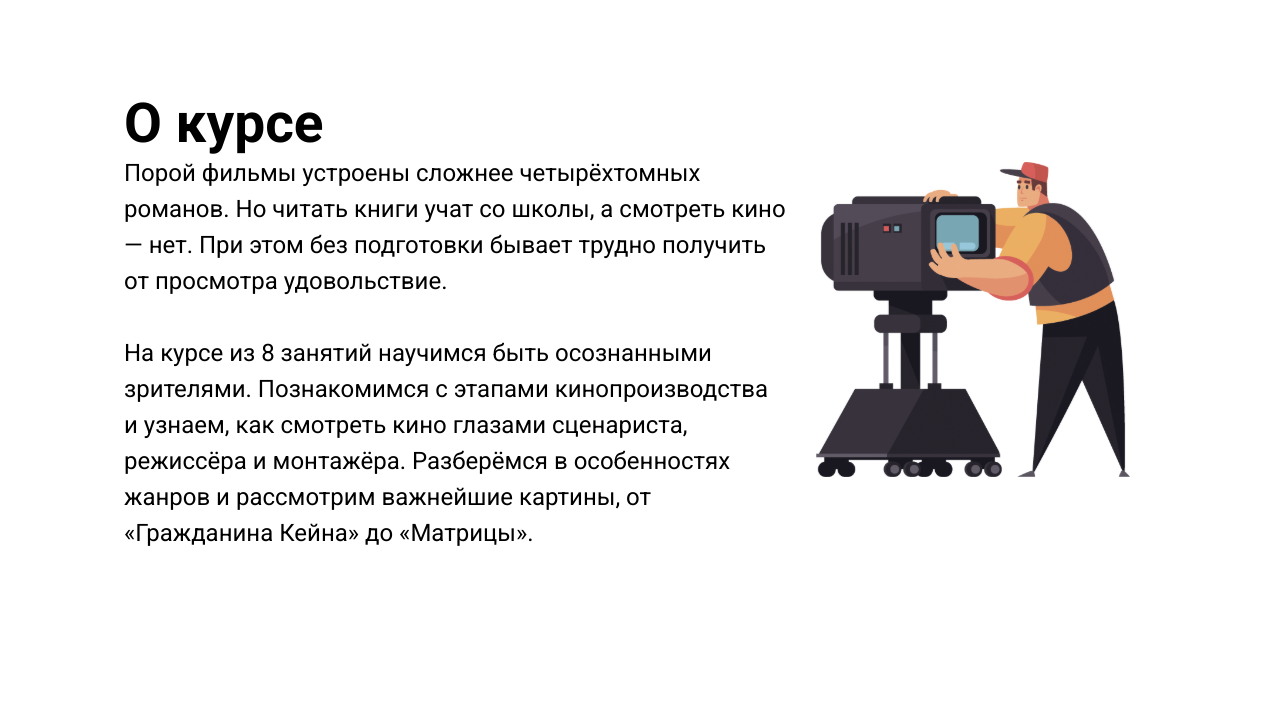
Repository: AytacSafarova/task-figma--1
Page: index.html
An editor plug-in stored every save of this project. The page is shown before and after the next save, followed by the edit.
The browser window is 1280 px wide. The pictures show the whole page.

Above is the page before, as saved 2023-04-29 20:31:08.

### index.html
<!DOCTYPE html>
<html lang="en">

<head>
  <meta charset="UTF-8" />
  <meta http-equiv="X-UA-Compatible" content="IE=edge" />
  <meta name="viewport" content="width=device-width, initial-scale=1.0" />
  <title>Document</title>
  <link rel="stylesheet" href="/index.css" />
</head>

<body>
  <div class="container">
    <div class="row up">
      <div class="col left">
        <h1>О курсе</h1>
        <p>
          Порой фильмы устроены сложнее четырёхтомных романов. Но читать
          книги учат со школы, а смотреть кино — нет. При этом без
          подготовки бывает трудно получить от просмотра удовольствие.
        </p>
        <br><br>
        <p>
          На курсе из 8 занятий научимся быть осознанными зрителями.
          Познакомимся с этапами кинопроизводства и узнаем, как смотреть
          кино глазами сценариста, режиссёра и монтажёра. Разберёмся в
          особенностях жанров и рассмотрим важнейшие картины, от
          «Гражданина Кейна» до «Матрицы».
        </p>
      </div>
      <div class="col right">
        <svg width="314" height="315" viewBox="0 0 314 315" fill="none" xmlns="http://www.w3.org/2000/svg"
          xmlns:xlink="http://www.w3.org/1999/xlink">
          <rect width="314" height="315" fill="url(#pattern0)" />
          <defs>
            <pattern id="pattern0" patternContentUnits="objectBoundingBox" width="1" height="1">
              <use xlink:href="#image0_1_51" transform="matrix(0.00186916 0 0 0.00186323 0 -0.000275923)" />
            </pattern>
            <image id="image0_1_51" width="535" height="537"
              xlink:href="data:[embedded picture, 160582 characters]" />
          </defs>
        </svg>
      </div>
    </div>

    <!-- <div class="down">
      <div class="image">
        <img src="/images/photo 1.png" alt="" />
      </div>

      <ul class="list">
        <li>
          <h5>8 занятий</h5>
          <p>Для погружения в кинематограф</p>
        </li>

        <li>
          <h5>8 занятий</h5>
          <p>Для погружения в кинематограф</p>
        </li>

        <li>
          <h5>8 занятий</h5>
          <p>Для погружения в кинематограф</p>
        </li>
      </ul>
    </div> -->
  </div>
</body>

</html>

### index.css
@import url("https://fonts.googleapis.com/css2?family=Roboto+Slab:wght@700&family=Roboto:wght@400;500;700&display=swap");
* {
  margin: 0;
  padding: 0;
}
.container {
  padding: 91px 150px 173px 124px;
}

.row {
  display: flex;
  justify-content: space-between;
  align-items: center;
}

.left {
  width: 662px;
}
 .left h1 {
  font-size: 55px;
  font-family: "Roboto", sans-serif;
  font-weight: 700;
  margin-bottom: 0px;
}
.left p {
  font-family: "Roboto";
  font-style: normal;
  font-weight: 400;
  font-size: 24px;
  line-height: 150%;
}



.down {
  display: flex;
  align-items: center;
  justify-content: space-between;
  margin-top: 94px;
}

.image {
  width: 232px;
}

.image img {
  width: 100%;
}

.list {
  display: flex;
  padding-right: 314px;
}

li {
  width: 150px;
  margin-left: 95px;
}

@media screen and (max-width: 1024px) {
  /* tablet media  */
  .container {
    padding: 56px 86px 180px 72px;
  }
.left h1{
    font-size: 32px;
    margin-bottom: 32px;
}
.left{
    width: 382px;
}
.left p{
    font-size: 14px;
}
.right svg {
    width: 182px;
    height: 182px;
}

}
@media screen and (max-width: 768px) {
  /* mobile media  */
}

After the next save:
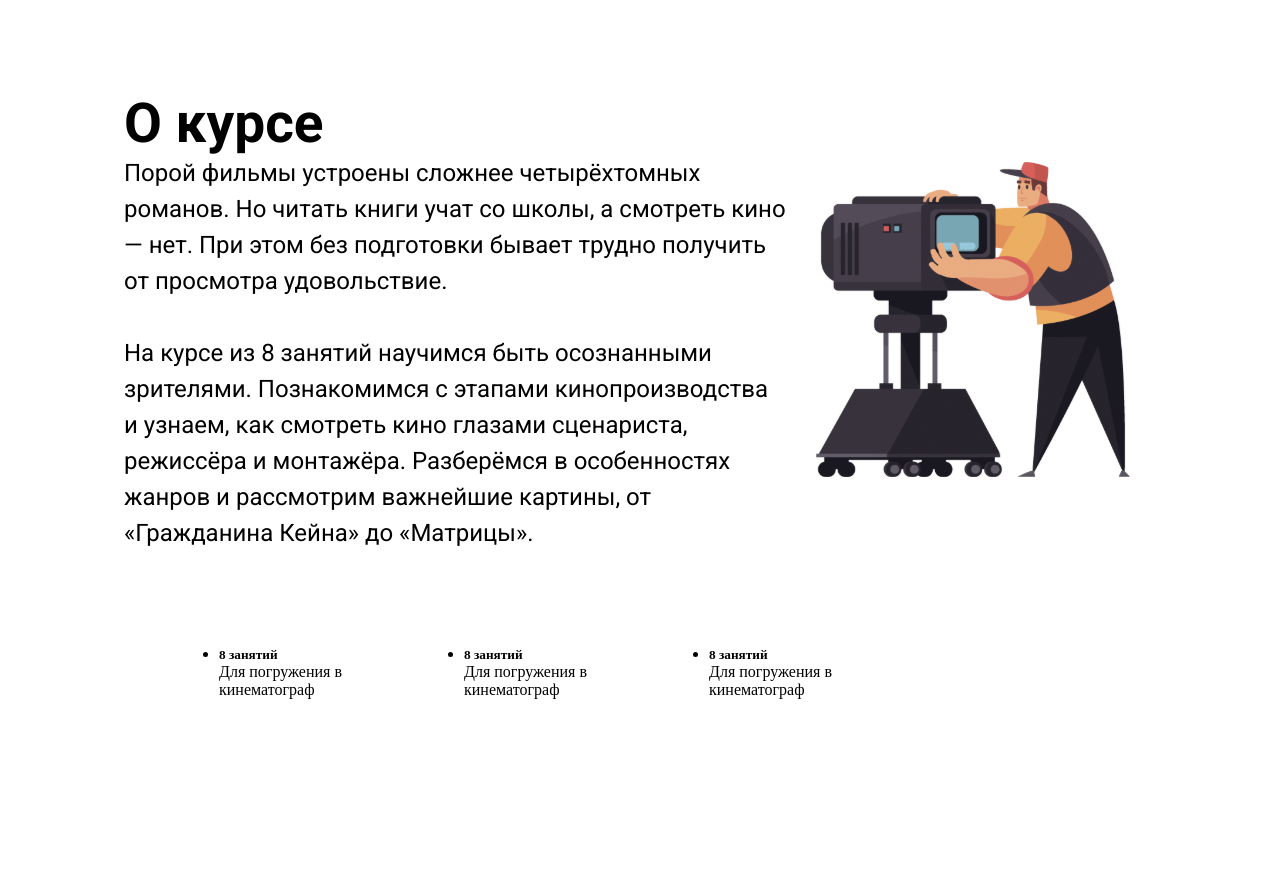
Saved 5 min 14 s later.
--- a/index.html
+++ b/index.html
@@ -43,7 +43,7 @@
       </div>
     </div>
 
-    <!-- <div class="down">
+    <div class="down">
       <div class="image">
         <img src="/images/photo 1.png" alt="" />
       </div>
@@ -64,7 +64,7 @@
           <p>Для погружения в кинематограф</p>
         </li>
       </ul>
-    </div> -->
+    </div>
   </div>
 </body>
 
